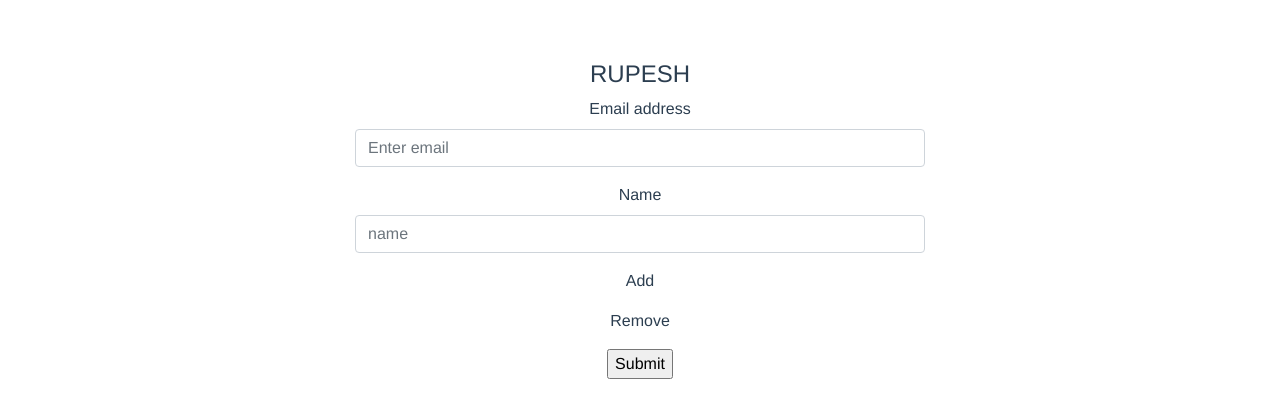
Repository: rupeshpawar93/vue-profile
Page: /company-form
An editor plug-in stored every save of this project. The page is shown before and after a run of saves, followed by the edit.
The browser window is 1280 px wide. The pictures show the whole page.
The project was rebuilt for these pictures with package versions that can differ from the ones it lists, and the page was loaded fresh each time. Also part of the build but not shown: webpack.config.js, src/components/Portfolio.vue, src/components/PortfolioDetail.vue, src/components/Mycart.vue.

Above is the page before, as saved 2019-11-06 15:28:03.

After the next 4 saves:
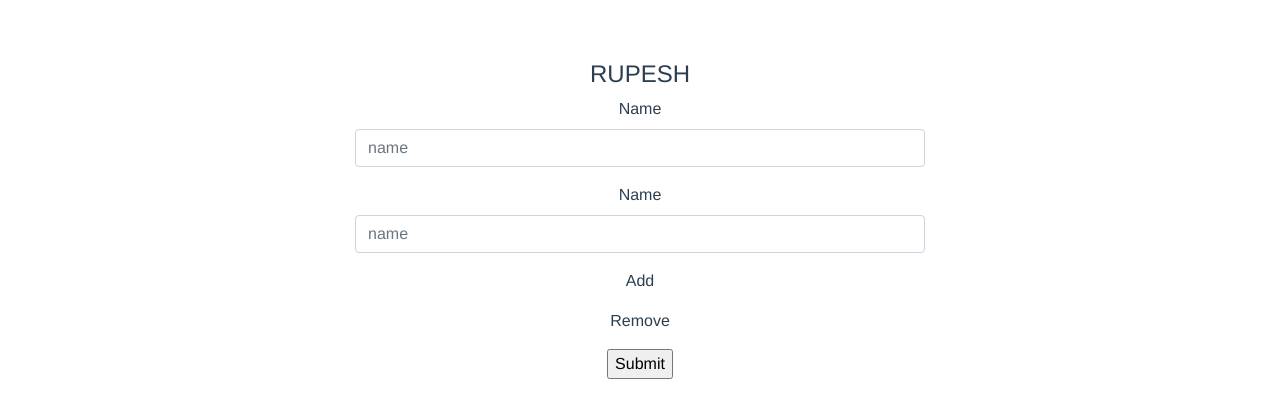
The 4 saves are shown as one change because 3 did not build or start.
The last was saved 2 min 13 s later.
--- a/src/components/Company.vue
+++ b/src/components/Company.vue
@@ -4,11 +4,12 @@
         <h3>{{company}}</h3>
         <form class="container" @submit.prevent="checkForm">
             <div v-for="(item,index) in items" v-bind:key="index">
-                <div class="form-group">
+                <!-- <div class="form-group">
                     <label for="exampleInputEmail1">Email address</label>
                     <input type="email" class="form-control" value=""  aria-describedby="emailHelp" v-model="item.email" placeholder="Enter email">
-                </div>
-                <Input :item="item" :name="name"/>
+                </div> -->
+                 <Input :item="item" :name="'Email Address'" :type="email"/>
+                <Input :item="item" :name="Name" :type="text"/>
                 <!-- <div class="form-group">
                     <label for="exampleInputPassword1">Name</label>
                     <input type="text" class="form-control" value="" id="exampleInputPassword1" placeholder="name" v-model="item.name">
